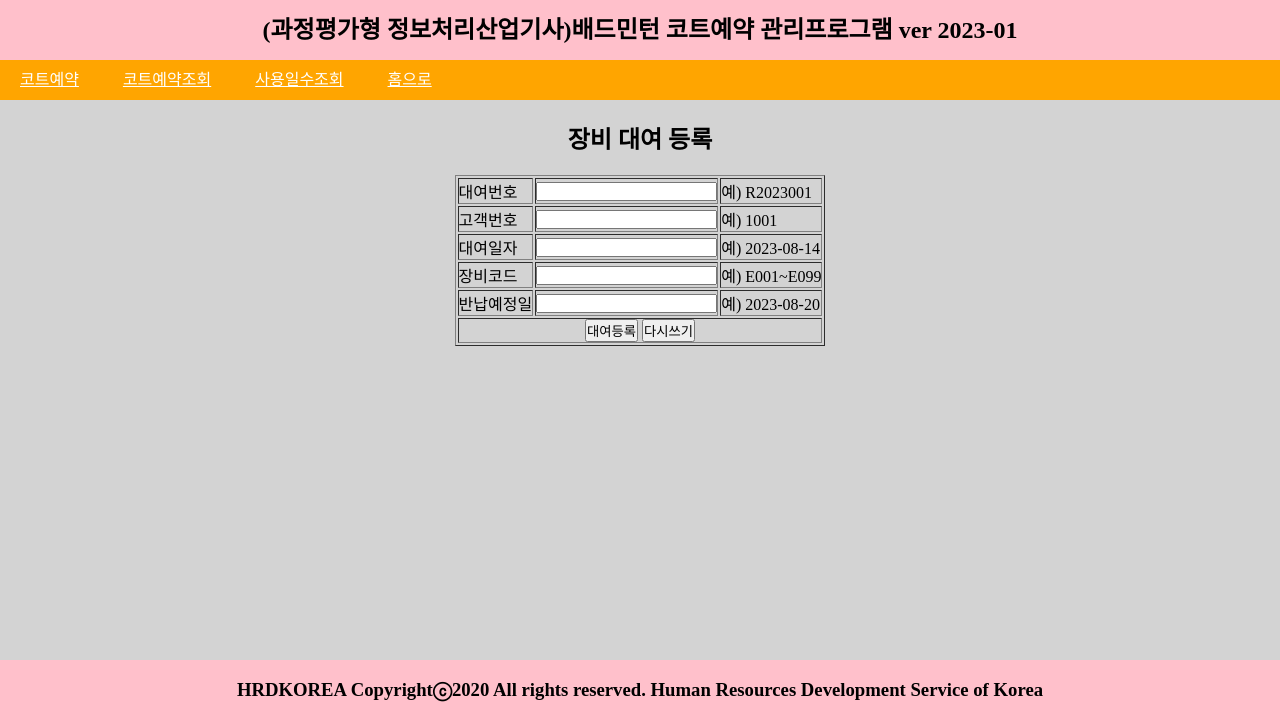
Repository: smh070519/school_project
Page: http://localhost/task/insert.jsp
An editor plug-in stored every save of this project. The page is shown before and after the next save, followed by the edit.
The browser window is 1280 px wide. The pictures show the whole page.
The page is served by Tomcat 9. Other server files are loaded and not shown.

Above is the page before, as saved 2025-08-14 00:36:57.
Not found: task/task/equipmentScript.js

### task/src/main/webapp/insert.jsp
<%@ page language="java" contentType="text/html; charset=UTF-8"
    pageEncoding="UTF-8"%>
<!DOCTYPE html>
<html>
<head>
<meta charset="UTF-8">
<title>장비 대여</title>
<style>
    * {
        margin: 0;
        padding: 0;
    }

    section {
        width: 100%;
        height: calc(100vh - 160px);
        background-color: lightgray;
    }

    section h2 {
        text-align: center;
        padding: 20px;
    }

    section form {
        display: flex;
        justify-content: center;
    }
</style>
</head>
<body>
    <jsp:include page="header.jsp"></jsp:include>
    <jsp:include page="nav.jsp"></jsp:include>

    <section>
        <h2> 장비 대여 등록 </h2>
        <form name="frm" method="post" action="equipmentInsert">
            <table border="1">
                <tr>
                    <td>대여번호</td>
                    <td><input type="text" name="rental_no"></td>
                    <td>예) R2023001</td>
                </tr>
                <tr>
                    <td>고객번호</td>
                    <td><input type="text" name="cust_no"></td>
                    <td>예) 1001</td>
                </tr>
                <tr>
                    <td>대여일자</td>
                    <td><input type="text" name="rental_date"></td>
                    <td>예) 2023-08-14</td>
                </tr>
                <tr>
                    <td>장비코드</td>
                    <td><input type="text" name="equip_code"></td>
                    <td>예) E001~E099</td>
                </tr>
                <tr>
                    <td>반납예정일</td>
                    <td><input type="text" name="return_due"></td>
                    <td>예) 2023-08-20</td>
                </tr>
                <tr>
                    <td colspan="3" style="text-align:center">
                        <input type="button" value="대여등록" onclick="checkRental()">
                        <input type="button" value="다시쓰기" onclick="resetForm()">
                    </td>
                </tr>
            </table>
        </form>
    </section>

    <jsp:include page="footer.jsp"></jsp:include>
    <script type="text/javascript" src="equipmentScript.js"></script>
</body>
</html>

### task/src/main/webapp/header.jsp
<%@ page language="java" contentType="text/html; charset=UTF-8"
    pageEncoding="UTF-8"%>
<!DOCTYPE html>
<html>
<head>
<meta charset="UTF-8">
<title>header</title>
<style>
header{
		width: 100%;
		height: 60px;
		background-color: pink;
		text-align: center;
		line-height: 60px;
	}


</style>
</head>
<body>
<header>
		<h2>(과정평가형 정보처리산업기사)배드민턴 코트예약 관리프로그램 ver 2023-01</h2>
	</header>
</body>
</html>

### task/src/main/webapp/nav.jsp
<%@ page language="java" contentType="text/html; charset=UTF-8"
	pageEncoding="UTF-8"%>
<!DOCTYPE html>
<html>
<head>
<meta charset="UTF-8">
<title>nav</title>
<style>
nav {
	width: 100%;
	height: 40px;
	background-color: orange;
	line-height: 40px;
}

nav a {
	color: white;
	padding: 0 20px;
}
</style>
</head>
<body>
	<nav>
		<a href="insert.jsp">코트예약</a>
		<a href="resvlist.jsp">코트예약조회</a>
		<a href="count.jsp">사용일수조회</a>
		<a href="index.jsp">홈으로</a>
	</nav>
</body>
</html>

### task/src/main/webapp/footer.jsp
<%@ page language="java" contentType="text/html; charset=UTF-8"
    pageEncoding="UTF-8"%>
<!DOCTYPE html>
<html>
<head>
<meta charset="UTF-8">
<title>footer</title>
<style>
	footer{
		width: 100%;
		height: 60px;
		background-color: pink;
		text-align: center;
		line-height: 60px;
	}
</style>
</head>
<body>
<footer>
		<h3>HRDKOREA Copyrightⓒ2020 All rights reserved. Human Resources Development Service of Korea</h3>
	</footer>
</body>
</html>

After the next save:
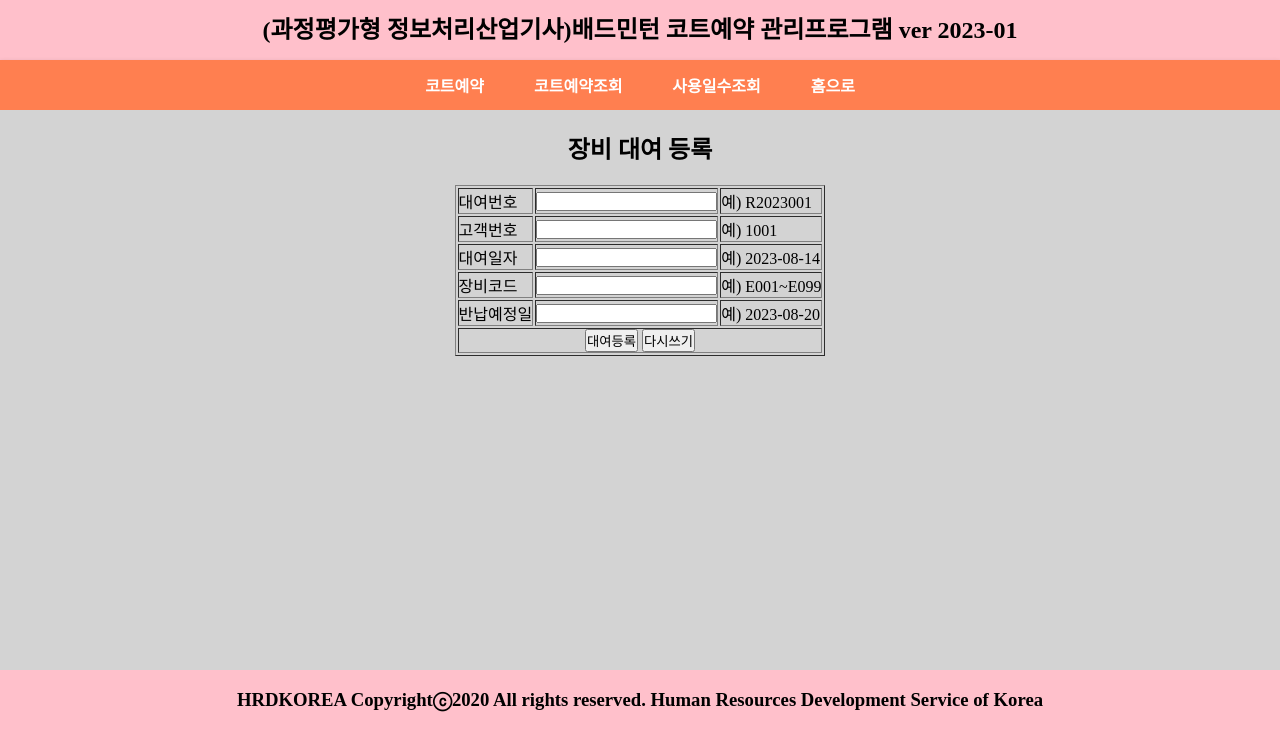
Saved 3 min 49 s later.
--- a/task/src/main/webapp/nav.jsp
+++ b/task/src/main/webapp/nav.jsp
@@ -8,14 +8,29 @@
 <style>
 nav {
 	width: 100%;
-	height: 40px;
-	background-color: orange;
-	line-height: 40px;
+	height: 50px;
+	background-color: #FF7F50; /* 코랄 오렌지 */
+	display: flex;
+	align-items: center;
+	justify-content: center;
+	box-shadow: 0 2px 5px rgba(0, 0, 0, 0.2);
+	font-family: 'Segoe UI', sans-serif;
 }
 
 nav a {
 	color: white;
-	padding: 0 20px;
+	padding: 0 25px;
+	text-decoration: none;
+	font-weight: bold;
+	font-size: 16px;
+	transition: color 0.3s, background-color 0.3s;
+}
+
+nav a:hover {
+	background-color: white;
+	color: #FF7F50;
+	border-radius: 5px;
+	padding: 10px 20px;
 }
 </style>
 </head>
